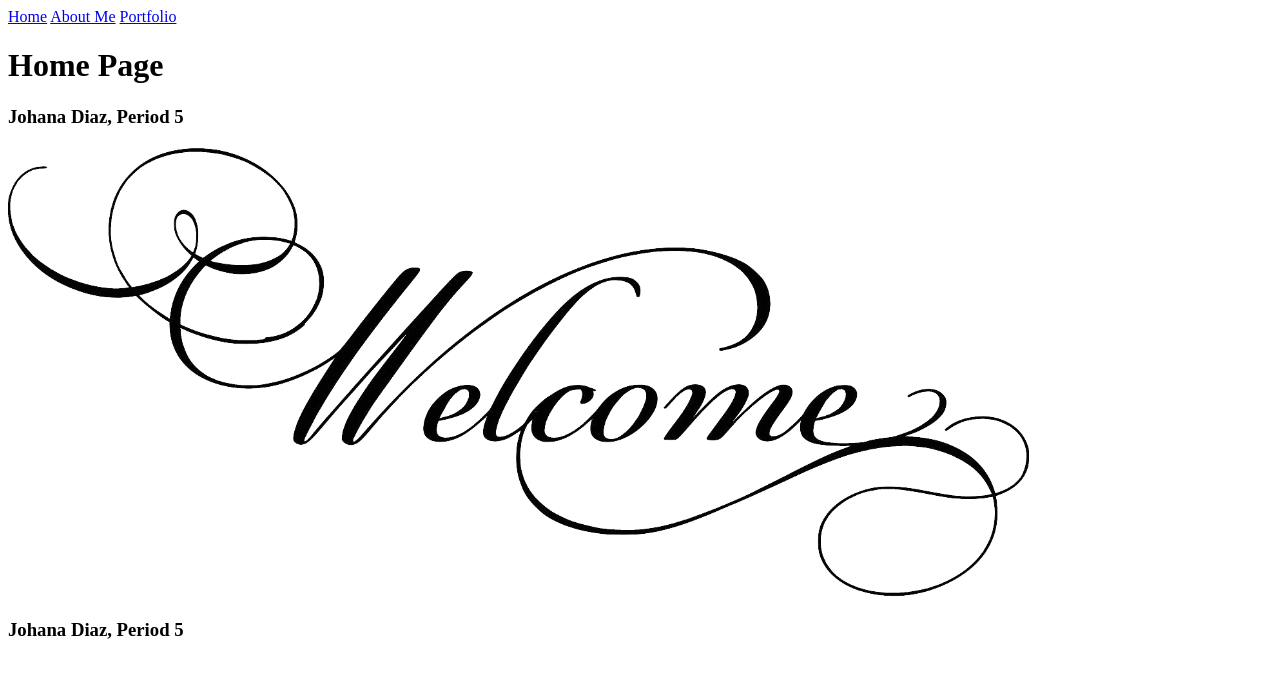
Repository: JDiaz463/JDiaz463.github.io
Page: my_website/index.html
The author's editor kept a record of every edit. The page is drawn from the files as they stood at one moment, then again after the next edit.
The browser window is 1280 px wide. The pictures show the whole page.

Above is the page before.

After the next edit:
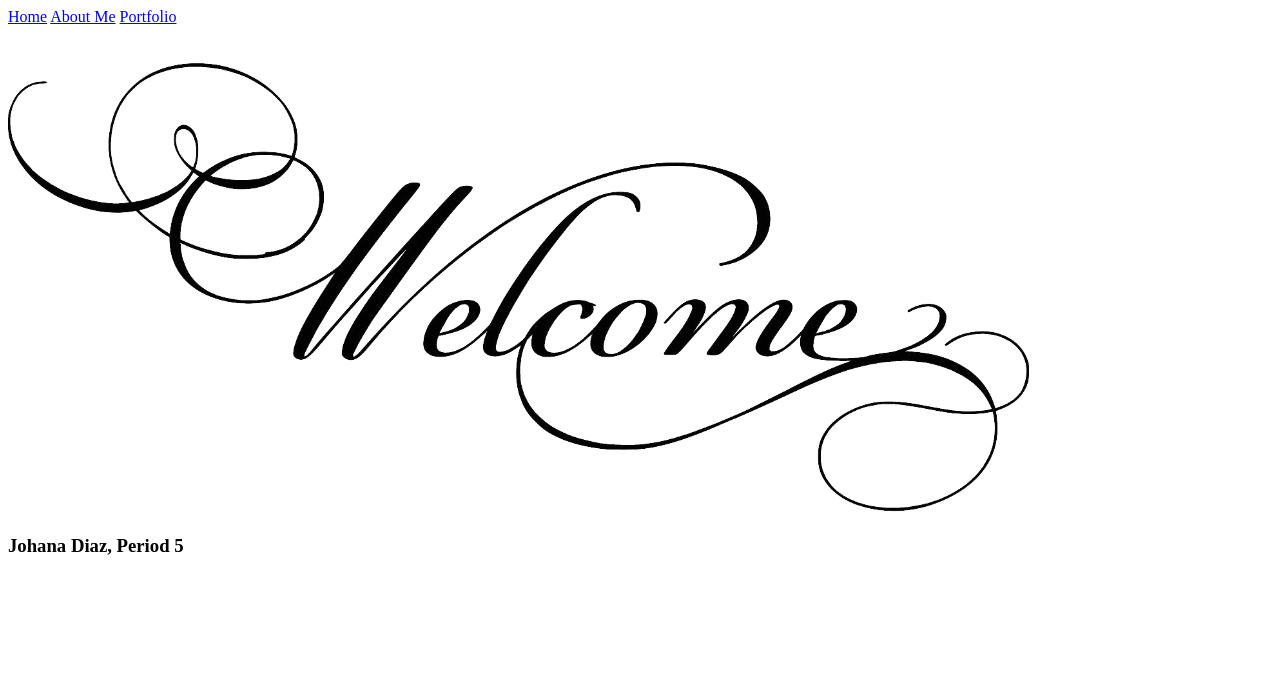
The edit:
--- a/my_website/index.html
+++ b/my_website/index.html
@@ -8,8 +8,9 @@
     <a href="index.html">Home</a>
     <a href="aboutme.html">About Me</a>
     <a href="portfolio.html">Portfolio</a>
-    <h1>Home Page</h1>
-    <h3>Johana Diaz, Period 5</h3>
+    <br>
+    <br>
+    <br>
      <img src="images/welcome.png" height="450">
      <h3>Johana Diaz, Period 5</h3>
 </style>
